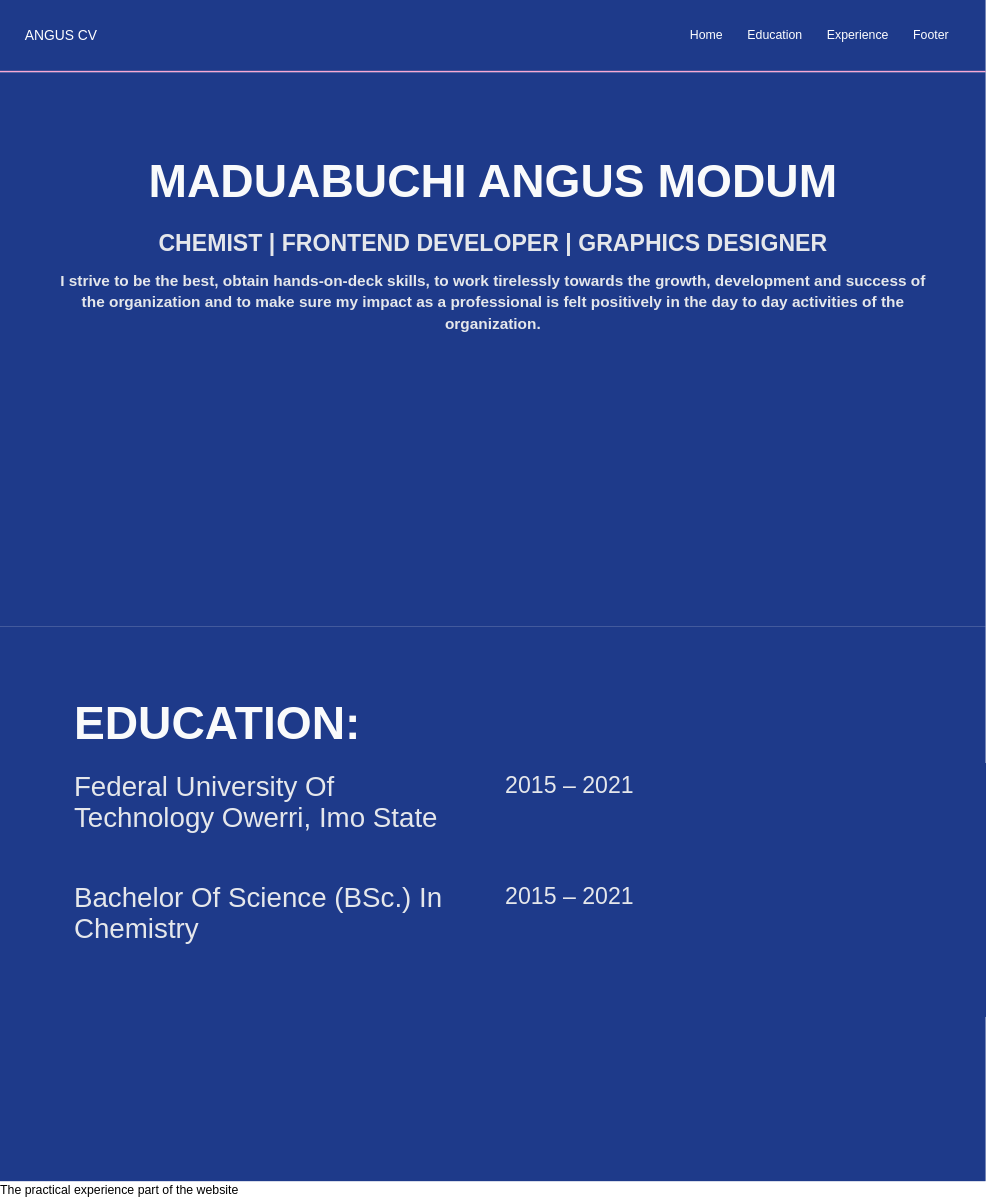
Repository: AngusOnyebuchi/AngusOnyebuchi.github.io
Page: /
The author's editor kept a copy of each file at every save. The page is drawn from the files as they stood at one save, then again after the next save.
The browser window is 1280 px wide. The pictures show the whole page, at 77% of full size.
The project was rebuilt for these pictures with package versions that can differ from the ones it lists, and the page was loaded fresh each time.

Above is the page before, as saved 2022-04-17 19:30:16.

### public/index.html
<!DOCTYPE html>
<html lang="en">
  <head>
    <meta charset="utf-8" />
    <link rel="icon" href="%PUBLIC_URL%/favicon.ico" />
    <meta name="viewport" content="width=device-width, initial-scale=1" />
    <meta name="theme-color" content="#000000" />
    <meta
      name="description"
      content="Web site created using create-react-app"
    />
    <link rel="apple-touch-icon" href="%PUBLIC_URL%/logo192.png" />
    <!--
      manifest.json provides metadata used when your web app is installed on a
      user's mobile device or desktop. See https://developers.google.com/web/fundamentals/web-app-manifest/
    -->
    <link rel="manifest" href="%PUBLIC_URL%/manifest.json" />
    <!--
      Notice the use of %PUBLIC_URL% in the tags above.
      It will be replaced with the URL of the `public` folder during the build.
      Only files inside the `public` folder can be referenced from the HTML.

      Unlike "/favicon.ico" or "favicon.ico", "%PUBLIC_URL%/favicon.ico" will
      work correctly both with client-side routing and a non-root public URL.
      Learn how to configure a non-root public URL by running `npm run build`.
    -->
    <title>Angus CV </title>
  </head>
  <body>
    <noscript>You need to enable JavaScript to run this app.</noscript>
    <div id="root"></div>
    <!--
      This HTML file is a template.
      If you open it directly in the browser, you will see an empty page.

      You can add webfonts, meta tags, or analytics to this file.
      The build step will place the bundled scripts into the <body> tag.

      To begin the development, run `npm start` or `yarn start`.
      To create a production bundle, use `npm run build` or `yarn build`.
    -->
  </body>
</html>

### src/index.js
import React from "react";
import ReactDOM from "react-dom";
import "./style.css"
import App from "./App";

ReactDOM.render(<App/>, document.getElementById("root"))

### src/style.css
@tailwind base;
@tailwind components;
@tailwind utilities;

@layer base {
    body{
        @apply font-[Sans-serif];
    }
    li {
        @apply px-4;
        @apply cursor-pointer;
    }
}

### src/App.js
import React from "react";
import Home from "./components/Home"
import Education from "./components/Education";
import Experience from "./components/Experience";
import NavBar from "./components/NavBar";

export default function App() {
  return (
    <div>
      <NavBar/>
      <Home/>
      <Education/>
      <Experience/>
    </div>
  )
}

### src/components/Home.js
import React from "react";
import {FaWhatsapp, FaLocationArrow, FaSearchLocation} from "react-icons/fa"
import {HiOutlineMail} from "react-icons/hi"

export default function Home() {
    return (
        <div className="w-full h-screen p-4 bg-blue-900 text-gray-200">
            <h1 className="text-4xl md:text-6xl font-bold uppercase pt-24 text-center text-gray-50">Maduabuchi Angus Modum</h1>
            <h3 className="text-xl md:text-3xl font-bold uppercase pt-8 text-center">Chemist  |  Frontend Developer  |  Graphics Designer</h3>
            <p className="font-bold text-center justify-center text-lg md:text-xl max-w-[1200px] mx-12 mt-4">I strive to be the best, obtain hands-on-deck skills,
                to work tirelessly towards the growth, development and success of the organization and to make sure my impact
                as a professional is felt positively in the day to day activities of the organization.</p>

        </div>
    )
}

### src/components/Education.js
import React from "react";

export default function Education() {
    return(
        <div className="bg-blue-900 w-full h-screen text-gray-200">
            <h1 className="text-4xl md:text-6xl font-bold uppercase pt-24 text-left ml-24 text-gray-50">Education:</h1>
            <div className="grid grid-cols-2 gap-8 mx-16 p-8">
                <h3 className="capitalize text-xl md:text-4xl ">Federal university of technology owerri, Imo state</h3>
                <h4 className="text-lg md:text-3xl ">2015 – 2021</h4>
            </div>
            <div className="grid grid-cols-2 gap-8 mx-16 p-8">
                <h3 className="capitalize text-xl md:text-4xl ">Bachelor of Science (BSc.) in Chemistry</h3>
                <h4 className="text-lg md:text-3xl ">2015 – 2021</h4>
            </div>
        </div>
    )
}

### src/components/Experience.js
import React from "react";

export default function Experience() {
    return(
        <div>
            <h1>The practical experience part of the website</h1>
        </div>
    )
}

### src/components/NavBar.js
import React, {useState} from "react";
import {FaTimes, FaBars} from "react-icons/fa"

export default function NavBar() {

    const [nav, setNav] = useState(true)
    const toggle = () => setNav(!nav)

    return(
        <div className="bg-blue-900 text-white w-full p-8 flex justify-between items-center border-b-2 border-pink-300">
            <h1 className="uppercase text-lg">Angus CV</h1>

            <ul className=" hidden sm:flex justify-between">
                <li className="hover:border-b-2 border-pink-300 ">Home</li>
                <li className="hover:border-b-2 border-pink-300 ">Education</li>
                <li className="hover:border-b-2 border-pink-300 ">Experience</li>
                <li className="hover:border-b-2 border-pink-300 ">Footer</li>
            </ul>

            {/** Mobile list */}
            <div onClick={toggle} className="sm:hidden z-10">
                {nav ? <FaBars/> : <FaTimes/>}
            </div>
            <ul className={nav ? 'hidden' : 'absolute top-0 left-0 w-full h-screen bg-inherit flex flex-col justify-center items-center my-8 sm:hidden'}>
                    <li>Home</li>
                    <li>Education</li>
                    <li>Experience</li>
                    <li>Footer</li>
            </ul>
        </div>
    )
}

Loaded but not shown: tailwind.config.js (common file)

After the next save:
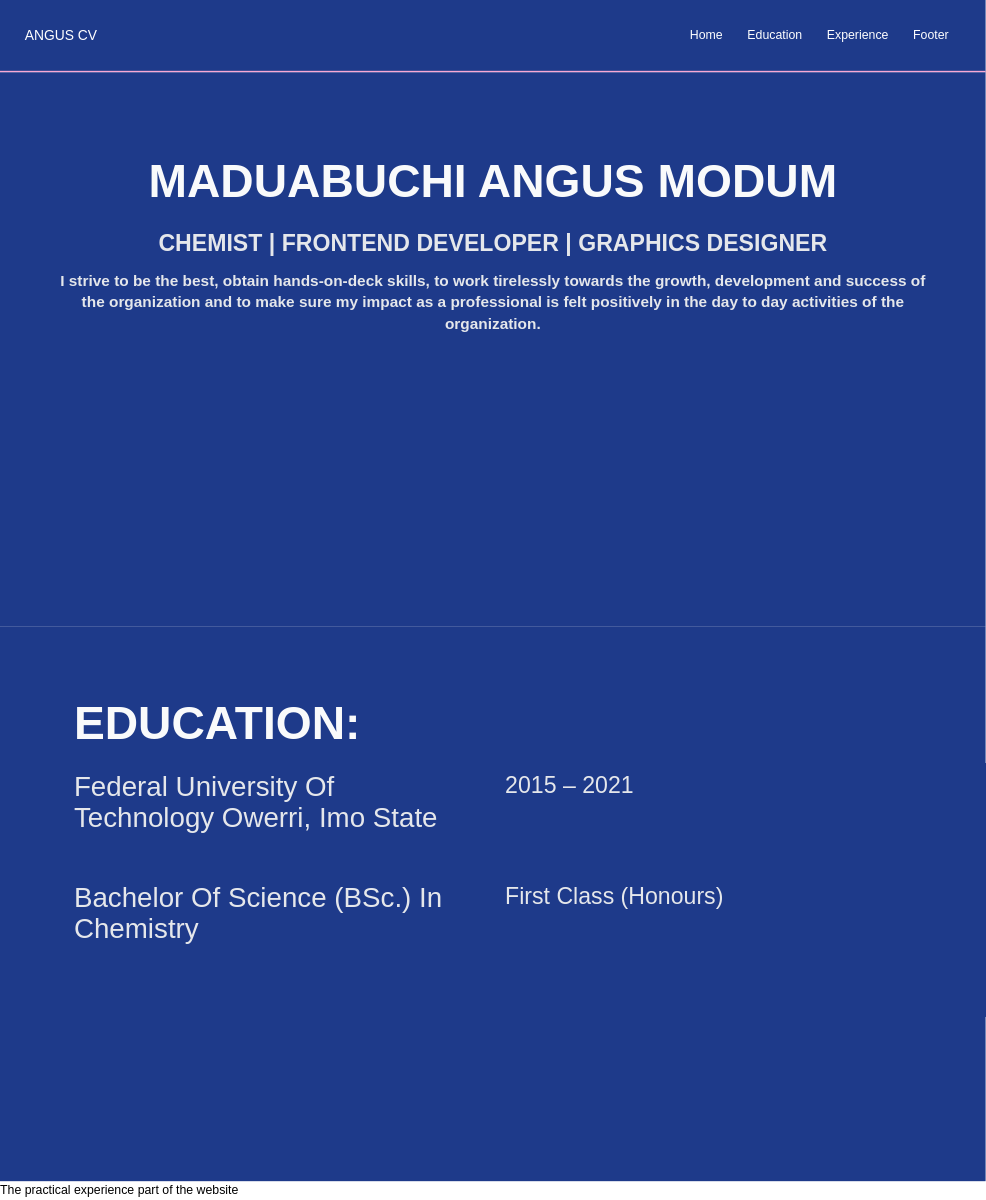
Saved 97 s later.
--- a/src/components/Education.js
+++ b/src/components/Education.js
@@ -10,7 +10,7 @@ export default function Education() {
             </div>
             <div className="grid grid-cols-2 gap-8 mx-16 p-8">
                 <h3 className="capitalize text-xl md:text-4xl ">Bachelor of Science (BSc.) in Chemistry</h3>
-                <h4 className="text-lg md:text-3xl ">2015 – 2021</h4>
+                <h4 className="text-lg md:text-3xl ">First Class (Honours)</h4>
             </div>
         </div>
     )
